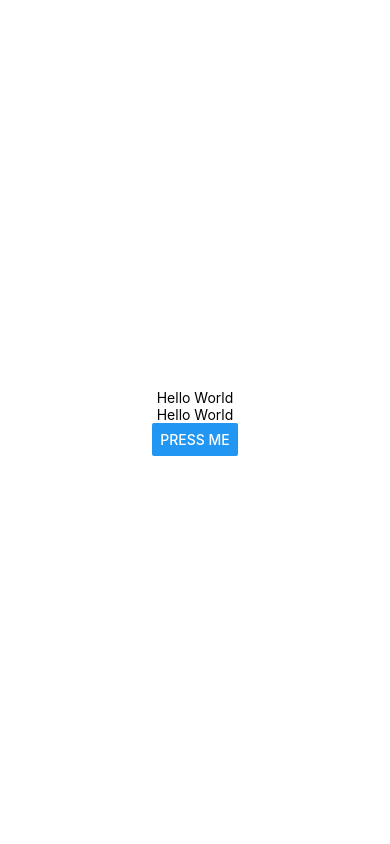
Repository: thezaidbintariq/RNCourse
Screen: /
These files come from the project's save history. The screen is drawn as it stood at one moment and after a run of saves; the edit follows.
The app was drawn by React Native's web renderer in a window 390 px wide. The project was rebuilt for these pictures with package versions that can differ from the ones it lists, and the page was loaded fresh each time.

Above is the screen before, as saved 2022-08-07 16:01:05.

After the next 5 saves:
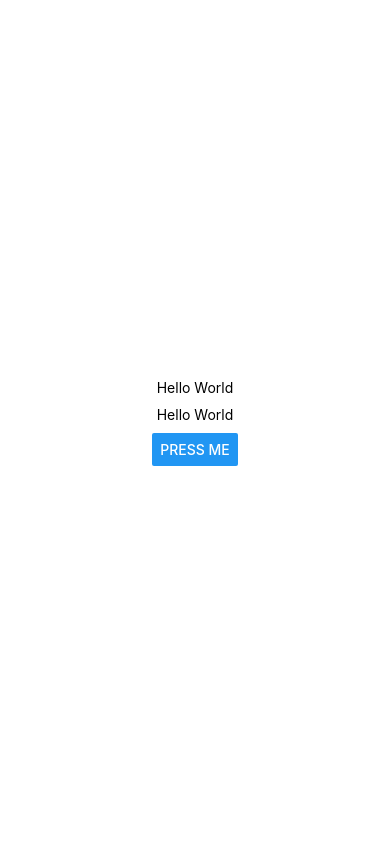
The 5 saves are shown as one change because they came seconds apart.
The last was saved 13 s later.
--- a/App.js
+++ b/App.js
@@ -8,7 +8,7 @@ export default function App() {
       </View>
 
         <Text style={{
-
+          margin: 10
         }}>Hello World</Text>
         <Button title="Press Me" />
     </View>
